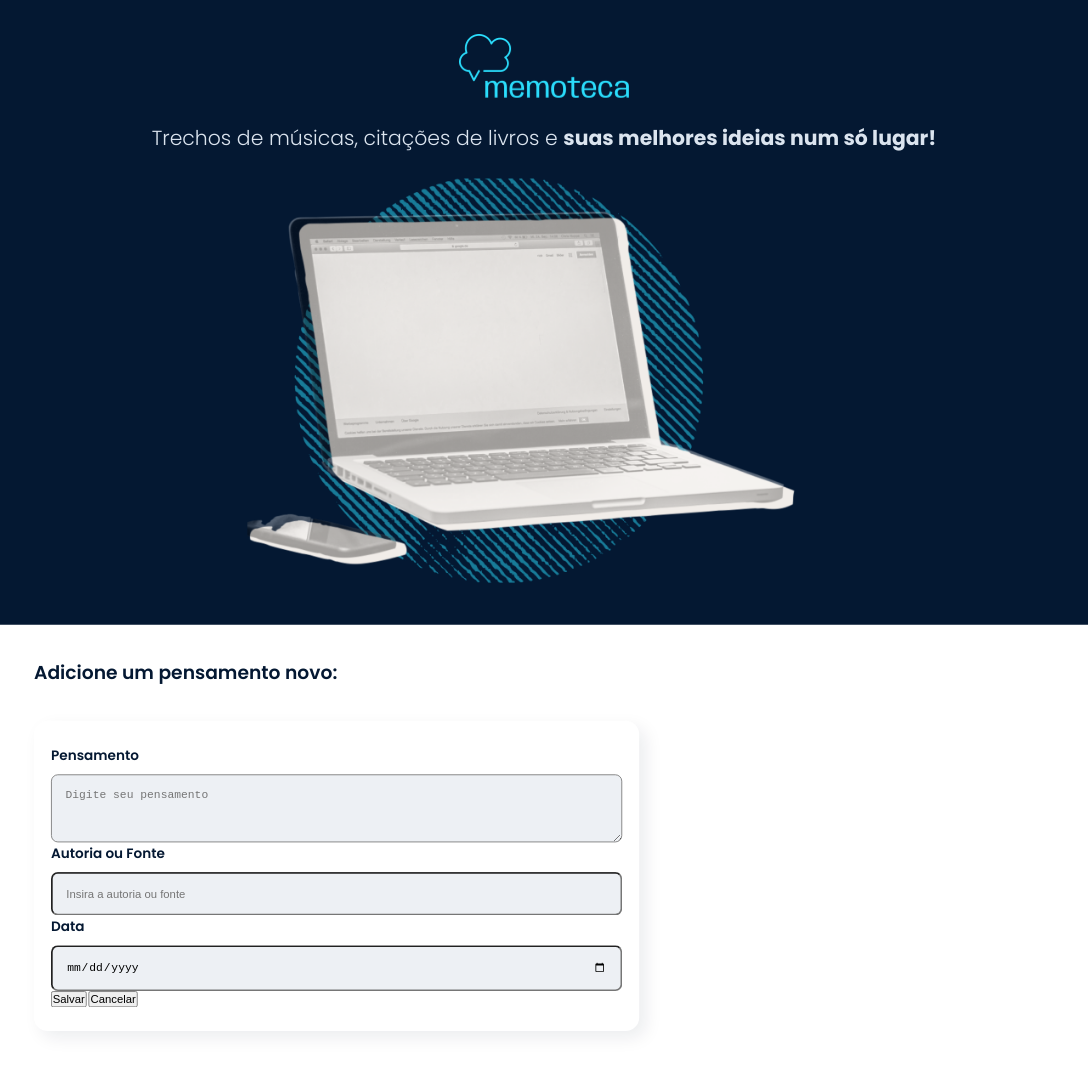
Repository: joaoPraiaJunior/crud_js
Page: index.html
These files come from the project's save history. The page is drawn as it stood at one moment and after the next save; the edit follows.
The browser window is 1280 px wide. The pictures show the whole page, at 85% of full size.

Above is the page before, as saved 2024-09-26 22:50:10.

### index.html
<!doctype html>
<html lang="pt-BR" dir="ltr">
	<head>
		<meta charset="UTF-8">
		<meta name="viewport" content="width=device-width, initial-scale=1">
		<title>CRUD de Pensamentos</title>
		<link rel="preconnect" href="https://fonts.googleapis.com">
		<link rel="preconnect" href="https://fonts.gstatic.com" crossorigin>
		<link href="https://fonts.googleapis.com/css2?family=Poppins:ital,wght@0,100;0,200;0,300;0,400;0,500;0,600;0,700;0,800;0,900;1,100;1,200;1,300;1,400;1,500;1,600;1,700;1,800;1,900&display=swap" rel="stylesheet">
		<link href="https://fonts.googleapis.com/css2?family=Roboto+Mono:ital,wght@0,100..700;1,100..700&display=swap" rel="stylesheet">
		<link rel="stylesheet" href="css/styles.css">
	</head>
	<body>
		<header class="cabecalho">
			<div class="logo">
				<img src="assets/imagens/logo.png" alt="Logo do CRUD meus pensamentos">
				<h1>
					Trechos de músicas,
					citações de livros e
					<strong>suas melhores ideias num só lugar!</strong>
				</h1>
			</div>
			<div class="imagem-cabecalho">
				<img src="assets/imagens/computador-cabecalho.png" aria-hidden="true" alt>
			</div>
		</header>
		<main class="background-overlay">
			<div class="overlay"></div>
			<div class="overlay overlay-color"></div>
			<section>
				<h2>Adicione um pensamento novo:</h2>
				<div id="form-container">
					<form id="pensamento-form" data-js="formulario">
						<input type="hidden" id="pensamento-id" name="id">
						<label for="pensamento-conteudo">Pensamento</label>
						<textarea id="pensamento-conteudo" name="conteudo" placeholder="Digite seu pensamento" minlength="10" maxlength="200" required></textarea>
						<label for="pensamento-autoria"> Autoria ou Fonte </label>
						<input type="text" id="pensamento-autoria" name="autoria" placeholder="Insira a autoria ou fonte" minlength="3" maxlength="15" required>
						<label for="pensamento-data">Data</label>
						<input type="date" name="data" id="pensamento-data" required>
						<div class="form-botoes">
							<button type="submit" id="botao-salvar">Salvar</button>
							<button type="reset" id="botao-cancelar" data-js="botao-resetar-formulario">Cancelar</button>
						</div>
					</form>
				</div>
			</section>
			<!-- <section id="lista-pensamentos-container">
				<h3>Meu Mural</h3>
                <div id="busca-container">
                    <label for="campo-busca">
                        <input type="search" name="busca" id="campo-busca" placeholder="O que você procura?" data-js="busca-pensamento">
                    </label>
                </div>
				<div id="mensagem-vazia" class="mensagem-vazia" data-js="mural-vazio">
					<img src="assets/imagens/lista-vazia.png" alt="Nenhum pensamento disponível">
					<p>Nada por aqui ainda, que tal compartilhar alguma ideia?</p>
				</div>
				<ul id="lista-pensamentos" data-js="lista-de-pensamentos"></ul>
			</section> -->
		</main>
		<!-- <footer>
			<p>&copy; 2024 Desenvolvido por Alura. Projeto fictício sem fins comerciais.</p>
		</footer>

		<script type="module" src="./js/main.js"></script> -->
	</body>
</html>

### css/styles.css
* {
	margin: 0;
	padding: 0;
	box-sizing: border-box;
}

html {
	font-size: 62.5%;
	scroll-behavior: smooth;
}

:root {
	--Baby-blue: #dbe4ef;
	--Azul-Dark: #041832;
	--Cinza-claro: #edf0f4;
	--Cinza-medio: #8f8f8f;
	--Cinza: #444;
	--font-primaria: 'Poppins', sans-serif;
	--font-secundaria: 'Roboto Mono', sans-serif;
}

body {
	font-family: var(--font-primaria);
}

h2,
h3 {
	color: var(--Azul-Dark, #041832);
	font-family: var(--font-primaria);
	font-size: 2.2rem;
	font-style: normal;
	font-weight: 600;
	line-height: normal;
}

header {
	display: flex;
	flex-direction: column;
	justify-content: center;
	align-items: center;
	gap: 3rem;
	background: var(--Azul-Dark, #041832);
	padding: 4rem;
}

.logo {
	display: flex;
	flex-direction: column;
	align-items: center;
	gap: 3rem;
}

.logo img {
	max-width: 20rem;
}

.logo h1 {
	color: var(--Baby-blue, #dbe4ef);
	font-family: var(--font-primaria);
	font-size: 2.4rem;
	font-weight: 300;
	line-height: 3.5rem;
	text-align: center;
}

.imagem-cabecalho img {
	max-width: 100%;
}

main {
	padding: 4rem;
}

#form-container {
	display: flex;
	flex-direction: column;
	align-items: center;
	justify-content: center;
	gap: 4rem;
	background: #fff;
	margin-top: 4rem;
	border-radius: 1.6rem;
	padding: 2.8rem 2rem;
	box-shadow: 8px 8px 20px 0px rgba(4, 24, 50, 0.08);
	width: 100%;
	max-width: 71.2rem;
}

#pensamento-form {
	display: flex;
	flex-direction: column;
	width: 100%;
}

#pensamento-conteudo,
#pensamento-autoria,
#pensamento-data {
	padding: 1.6rem;
	border-radius: 8px;
	background: var(--Cinza-claro, #edf0f4);
}

#pensamento-conteudo {
	min-height: 8rem;
}

#pensamento-data {
	cursor: pointer;
}

#pensamento-form label {
	color: var(--Azul-Dark, #041832);
	font-family: var(--font-primaria);
	font-size: 1.6rem;
	font-weight: 600;
	margin-bottom: 1rem;
}

/* main {
	padding-top: 12rem;
	flex: 1;
	display: flex;
	flex-direction: column;
	align-items: center;
	position: relative;
	min-height: 280vh;
	box-sizing: border-box;
}

.overlay {
	position: absolute;
	top: 0;
	left: 0;
	width: 100%;
	height: 100%;
	background-image: url('/assets/imagens/background.png');
	background-size: cover;
	opacity: 0.5;
	z-index: -1;
}

.overlay-color {
	background-color: #f4f4f4;
}


.conteudo-cabecalho {
	display: flex;
	justify-content: center;
	gap: 3.2rem;
	align-items: center;
}

header .logo {
	display: flex;
	flex-direction: column;
	gap: 4.8rem;
}

header .logo img {
	max-width: 20rem;
}

header .logo h1 {
	color: var(--Baby-blue, #dbe4ef);
	font-family: var(--font-primaria);
	align-self: center;
	font-size: 5.2rem;
	font-weight: 300;
	line-height: 6.76rem;
}


footer {
	padding: 32px 360px;
	background: #041832;
	color: var(--Baby-blue, #dbe4ef);
	text-align: center;
	width: 100%;
	position: relative;
	left: 0;
}

h2,
h3 {
	color: var(--Azul-Dark, #041832);
	text-align: center;
	font-family: var(--font-primaria);
	font-size: 4.4rem;
	font-style: normal;
	font-weight: 600;
	line-height: normal;
}

#form-container {
	display: flex;
	padding: 4.8rem 4rem;
	flex-direction: column;
	align-items: center;
	gap: 4rem;
	align-self: center;
	justify-content: center;
	border-radius: 16px;
	position: relative;
	background: #fff;
	box-shadow: 8px 8px 20px 0px rgba(4, 24, 50, 0.08);
	width: 100%;
	max-width: 71.2rem;
	margin-top: 4rem;
}


#pensamento-conteudo::placeholder,
#pensamento-autoria::placeholder {
	color: var(--Cinza-medio, #8f8f8f);
	font-family: var(--font-primaria);
	font-size: 1.6rem;
	font-style: normal;
	font-weight: 400;
	line-height: normal;
}

#pensamento-form textarea,
#pensamento-form input {
	margin-bottom: 2.4rem;
	outline: none;
	border-style: none;
	font-size: 2rem;
	font-family: var(--font-primaria);
}

.form-botoes {
	display: flex;
	justify-content: center;
	gap: 1rem;
	padding-top: 1.6rem;
}

#botao-salvar,
#botao-cancelar {
	padding: 0.8rem 3.2rem;
	border-radius: 3.2rem;
	color: var(--Baby-blue, #dbe4ef);
	font-family: var(--font-primaria);
	font-size: 22px;
	font-style: normal;
	font-weight: 600;
	line-height: normal;
	cursor: pointer;
}

#botao-salvar {
	background: var(--Azul-Dark, #041832);
	min-width: 16rem;
}

#botao-cancelar {
	color: var(--Azul-Dark, #041832);
}

#lista-pensamentos-container {
	width: 100%;
	max-width: 120rem;
	margin: 4rem 0;
}

#lista-pensamentos-container h3 {
	display: flex;
	justify-content: center;
	flex-direction: column;
	margin: 4rem 0;
}

#lista-pensamentos-container h3::before {
	content: '';
	display: inline-block;
	align-self: center;
	width: 18rem;
	height: 0.1rem;
	background: #041832;
	margin: 5.8rem 0 4rem;
}

#lista-pensamentos {
	display: flex;
	flex-wrap: wrap;
	justify-content: space-between;
	row-gap: 3.2rem;
	padding: 0;
	list-style: none;
}

/* .li-pensamento {
	position: relative;
	padding: 1.6rem;
	background: var(--Branco, #fff);
	box-shadow: 0.8rem 0.8rem 0rem 0rem #154580;
	flex: 1 1 calc(33.333% - 24px);
	max-width: calc(33.333% - 24px);
	min-width: 38.4rem;
	min-height: 31.5rem;
	display: flex;
	flex-direction: column;
	overflow-wrap: break-word;
	word-wrap: break-word;
	hyphens: auto;
} */

/* .li-pensamento {
	display: flex;
	flex-direction: column;
	flex: 1 1 calc(33.333% - 24px);
	gap: 1.2rem;
	position: relative;
	background: var(--Branco, #fff);
	box-shadow: 0.8rem 0.8rem 0rem 0rem #154580;
	max-width: calc(33.333% - 2.4rem);
	min-width: 38.4rem;
	min-height: 31.5rem;
	padding: 2.4rem;
}

.icone-aspas {
	width: 6.4rem;
	height: 5rem;
}

.pensamento-conteudo,
.pensamento-autoria,
.pensamento-data {
	color: var(--Cinza, #444);
	font-family: var(--font-secundaria);
	hyphens: auto;
}

.pensamento-conteudo {
	font-size: 1.6rem;
	font-weight: 400;
}

.pensamento-autoria {
	font-size: 1.6rem;
	font-weight: 600;
}

.pensamento-data {
	font-size: 1.2rem;
	font-weight: 500;
	margin-bottom: 4rem;
}

.icones {
	position: absolute;
	bottom: 0;
	align-self: flex-end;
}

.botao-editar,
.botao-excluir,
.botao-favoritar {
	background: none;
	border: none;
	cursor: pointer;
	padding: 0.8rem;
	margin-left: 0.8rem;
}

.botao-editar img,
.botao-excluir img {
	width: 2rem;
	height: 2rem;
}

.botao-favoritar img {
	width: 2.3rem;
}

.mensagem-vazia {
	display: none;
	text-align: center;
	color: var(--Azul-Dark, #041832);
	margin-top: 40px;
}

.mensagem-vazia img {
	max-width: 200px;
	margin-bottom: 20px;
}

.mensagem-vazia p {
	font-family: var(--font-primaria);
	font-size: 2.2rem;
	font-weight: 400;
	line-height: 3.3rem;
	text-align: center;
}

#busca-container {
	display: flex;
	align-items: center;
	width: 100%;
	max-width: 60rem;
	margin: 5.6rem auto;
	padding: 0 1.6rem;
}

#busca-container label {
	display: flex;
	align-items: center;
}

#campo-busca {
	flex: 1;
	width: 57.2rem;
	height: 4.8rem;
	padding: 0.8rem 4.5rem;
	border-radius: 3.2rem;
	border: 0.1rem solid #144480;
	font-family: var(--font-primaria);
	font-size: 1.6rem;
	font-weight: 400;
	outline: none;
}

#busca-container label::before {
	content: url('../assets/imagens/lupa.png');
	display: block;
	position: relative;
	left: 3.5rem;
	width: 2.4rem;
	height: 2.4rem;
}  */

After the next save:
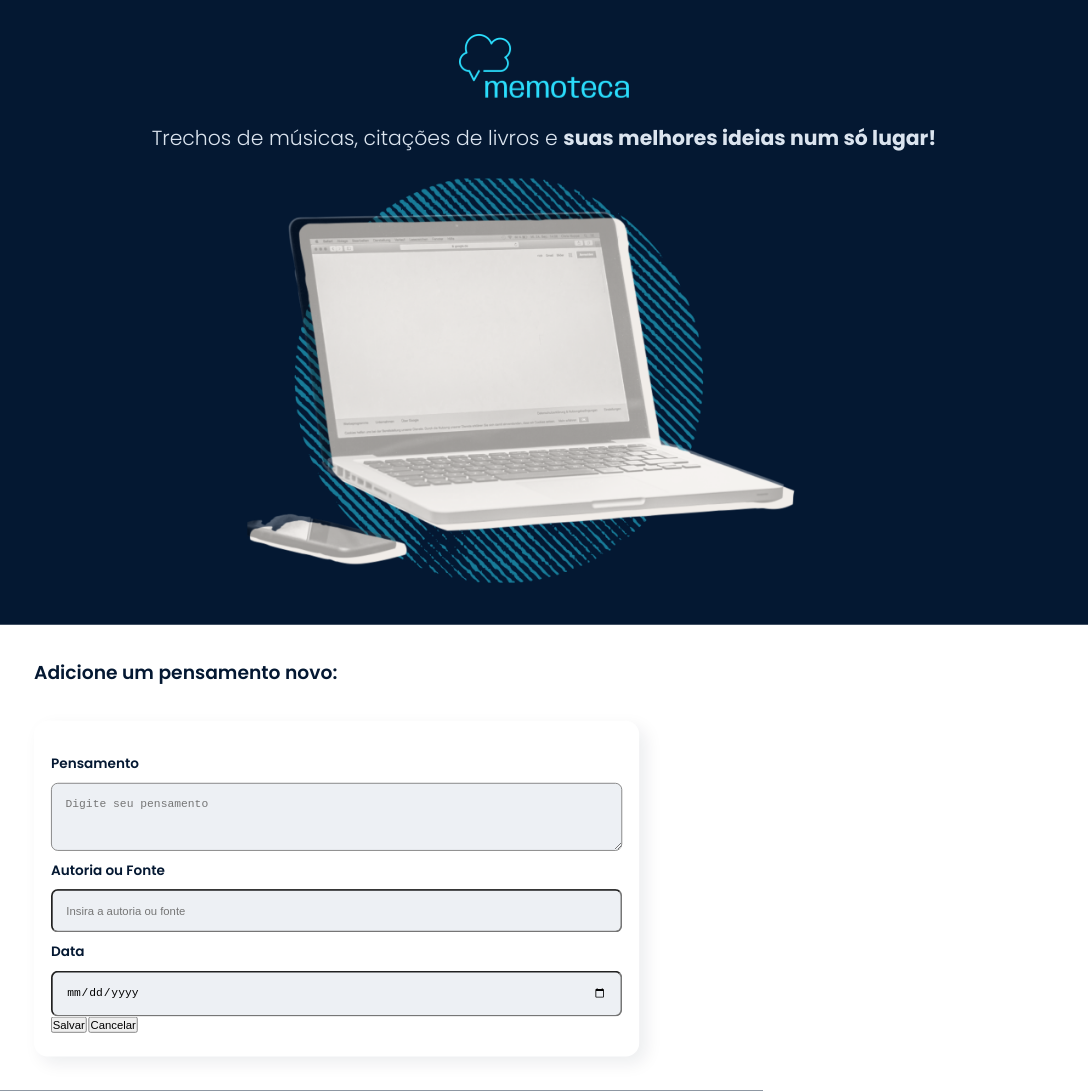
Saved 12 s later.
--- a/css/styles.css
+++ b/css/styles.css
@@ -113,7 +113,7 @@ main {
 	font-family: var(--font-primaria);
 	font-size: 1.6rem;
 	font-weight: 600;
-	margin-bottom: 1rem;
+	margin: 1rem 0;
 }
 
 /* main {
